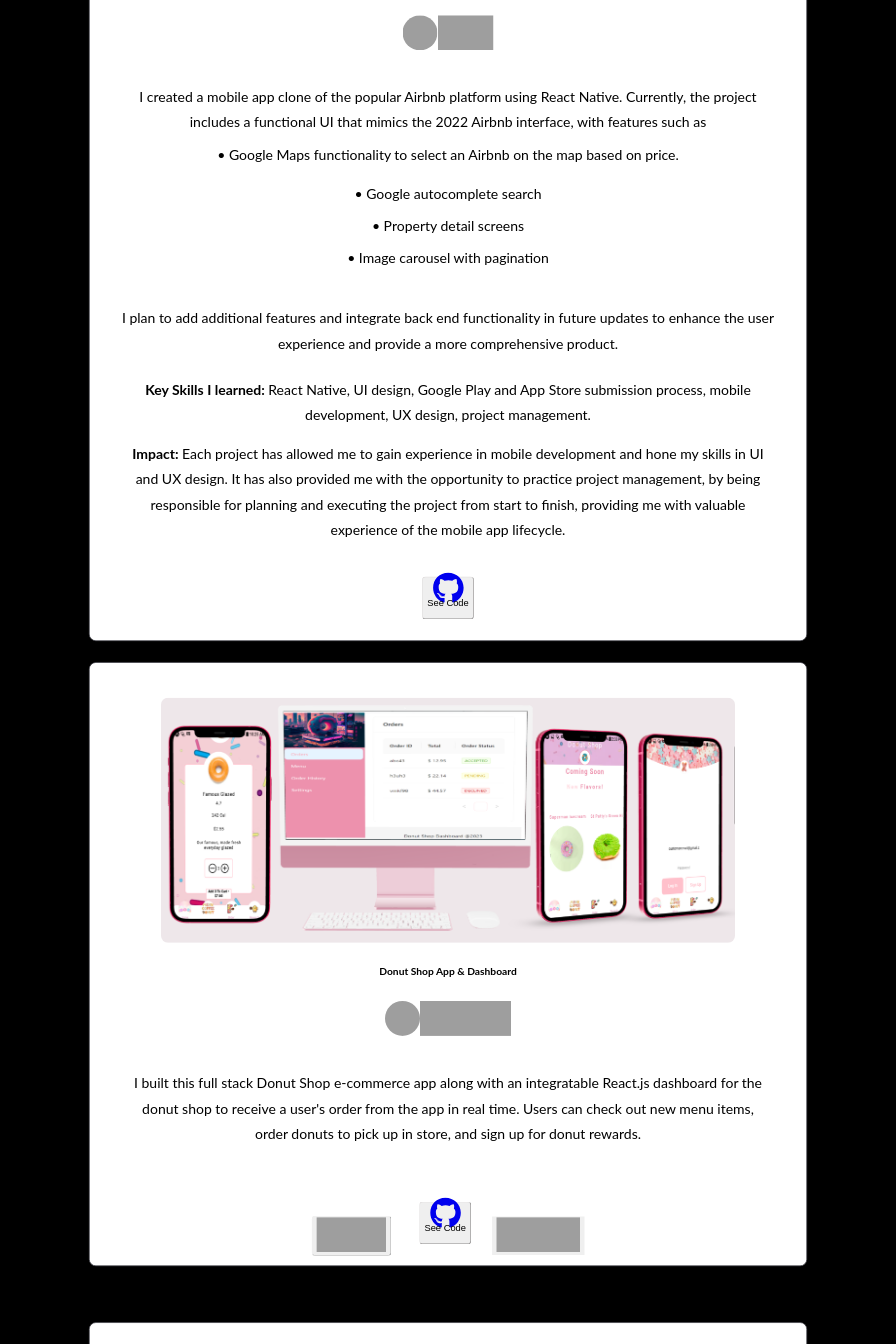
Repository: JamesPesenti/portfolio
Page: /
An editor plug-in stored every save of this project. The page is shown before and after the next save, followed by the edit.
The browser window is 1280 px wide. The pictures show the part of the page from y = 1957 to 3877 px (the page is 6929 px tall), at 70% of full size.
Pictures or frames that could not be fetched are drawn as grey boxes. The project was rebuilt for these pictures with package versions that can differ from the ones it lists, and the page was loaded fresh each time. Imported but missing from the stored project, and not drawn on this page: src/Components/James Pesenti Resume 2023.pdf.

Above is the page before, as saved 2023-05-17 15:17:59.

### public/index.html
<!DOCTYPE html>
<html lang="en">
  <head>
    <meta charset="utf-8" />
    <link rel="" href="" />
    <meta name="viewport" content="width=device-width, initial-scale=1" />
    <meta name="theme-color" content="#000000" />
    <meta name="description" content="James Pesenti Portfolio 2022" />
    <link rel="apple-touch-icon" href="" />
    <link rel="manifest" href="%PUBLIC_URL%/manifest.json" />

    <title>Portfolio 2023</title>

  </head>
  <body>
    <div id="root"></div>
  </body>
</html>

### src/Components/Navbar.jsx
import React, {Component} from 'react'
import { FaGithub } from "react-icons/fa";
import { FaEnvelope } from "react-icons/fa";
import { FaFile } from "react-icons/fa";
import Pdf from "../Components/James Pesenti Resume 2023.pdf"


const Navbar = () => {
  return (
    <>
          <div className="navbar flex">
            <div className="container">
                <nav>
                  <ul style={{textAlign: "center", marginTop: 70, position: 'relative', left: 0, top: -2}}>
                    <li>
                      <a className="App-link"  href="mailto:jamespesenti91@gmail.com" target="_blank" rel="noopener noreferrer">
                      <FaEnvelope size={35} style={{display: "flex", textAlign: "center", marginLeft: 10}}/>
                          Contact
                      </a>
                    </li>
                    <li>
                      <a className="App-link" href="https://github.com/JamesPesenti" target="_blank" rel="noopener noreferrer">
                        <FaGithub size={35} style={{display: "flex", textAlign: "center", marginLeft: 10}} />
                        GitHub
                      </a>
                    </li>
                    <li>
                      <a className="App-link" href={Pdf} target="_blank" rel="noopener noreferrer">
                        <FaFile size={35} style={{display: "flex", textAlign: "center", marginLeft: 10}} />
                        Resume
                      </a>
                    </li>
                  </ul>
                </nav>
                {/* <h4 style={{color: "white", textAlign: 'center', marginBottom:-440}}>
                  See my work below and send a message to get in touch
                </h4> */}
            </div>
          </div>
    </>
  )
}

export default Navbar

### src/Components/AboutMe.jsx
import React from 'react'
import { FontAwesomeIcon } from '@fortawesome/react-fontawesome'
import { FaGithub } from "react-icons/fa";
import { FaMapPin } from "react-icons/fa";

const AboutMe = () => {
  return (
    <>

        <div style={{justifyContent: "center", textAlign: "center", color: "white", padding: 50,}}>
            {/* Spinning image  */}
            {/* <img style={{padding: 10, borderRadius: "50%", width: 200, height: 200,}} src="/images/IMG_1619.jpg" className="App-logo" alt="logo" /> */}
            <img style={{padding: 10, borderRadius: "50%", width: 200, height: 200,}} src="/images/IMG_1619.jpg" alt="logo" />
            <h1>I'm James Pesenti</h1>
            <h2>a Software Developer building mobile apps and websites</h2>
              <FaMapPin size={20} style={{position: "relative", top: 5, right: 65, }} />
              <h3 style={{marginTop: -24}}> Chicago, IL</h3>
        </div>

</>
  )
}

export default AboutMe

### src/Components/Scroll.jsx
import React from 'react'
import '../CSS/App.css';


const Scroll = () => {

  return (
    <>

        <div style={{marginBottom: 400, justifyContnent: 'center'}} id="section09" class="demo">
          <a href="#parallaxContainer">
            <span></span>
            Scroll down to see my work
          </a>
        </div>

    </>
  )
}

export default Scroll

### src/Components/MyProjects.jsx
import UberGoogleButton from "../Components/UberGoogleButton"
import AstonGoogleButton from "./AstonGoogleButton"
import AstonAppleButton from "./AstonAppleButton"
import BarceGoogleButton from "../Components/BarceGoogleButton"
import BarceAppleButton from "./BarceAppleButton"
import { FaGithub } from "react-icons/fa";

const MyProjects = () => {
  return (

  <>
    <div id="parallaxContainer">

    {/* Airbnb Clone */}
    <div style={{ justifyContent: 'center', alignItems: 'center',  width: "80%", borderRadius: 10}} className="box">
            <div>
                <img style={{ borderRadius: 10, marginTop: 50, marginBottom: -35, width: "48%", height: 350, transition: ".7s", }} src="images/mockrocket-capture (11).png" />
            </div>
            <h4 style={{textAlign: 'center'}}>Airbnb Clone App</h4>
                <div style={{flexDirection: "row", padding: 10, borderRadius: 10, marginBottom: -40,}}>
                  <img style={{width: 50, height: 50, borderRadius: 50}} src="https://i.pinimg.com/originals/8a/02/1a/8a021aa097236b42dd71fb731e3d894d.gif"/>
                  <img style={{width: 80, height: 50, }} src="https://www.datocms-assets.com/45470/1631026680-logo-react-native.png"  />
                  {/* <img style={{width: 50, height: 50, }} src="https://pbs.twimg.com/profile_images/1114309924551417856/FKA4cm2x_400x400.png"  /> */}
                </div>
            <p style={{fontSize: 20, textAlign: 'center', padding: 50, marginBottom: -60}}>I created a mobile app clone of the popular Airbnb platform using React Native. Currently, the project includes a functional UI that mimics the 2022 Airbnb interface, with features such as</p>
            <p style={{fontSize: 20, paddingHorizontal: 0}}> &#8226; Google Maps functionality to select an Airbnb on the map based on price.</p>
            <p style={{fontSize: 20, padding: 0, marginBottom: -10}}>&#8226; Google autocomplete search</p>
            <p style={{fontSize: 20, padding: 0, marginBottom: -10}}>&#8226; Property detail screens</p>
            <p style={{fontSize: 20,  padding: 0, marginBottom: -10}}>&#8226; Image carousel with pagination</p>
            <p style={{fontSize: 20, textAlign: 'center', padding: 40, marginBottom: -60}}>I plan to add additional features and integrate back end functionality in future updates to enhance the user experience and provide a more comprehensive product.</p>
            <p style={{fontSize: 20, textAlign: 'center', padding: 30, marginBottom: -80}}><b> Key Skills I learned: </b>React Native, UI design, Google Play and App Store submission process, mobile development, UX design, project management.</p>
            <p style={{fontSize: 20, textAlign: 'center', padding: 50}}><b> Impact: </b> Each project has allowed me to gain experience in mobile development and hone my skills in UI and UX design. It has also provided me with the opportunity to practice project management, by being responsible for planning and executing the project from start to finish, providing me with valuable experience of the mobile app lifecycle.</p>

            <div style={{flexDirection: "row"}}>
                {/* <UberGoogleButton  /> */}
                <button style={{marginTop: 10}} type="button" className="codeButton">
                  <a href="https://github.com/JamesPesenti/Airbnb" target="_blank" rel="noopener noreferrer">
                    <FaGithub  size={45} style={{ marginTop: -80, marginBottom: -25, justifyContent: "center", textAlign: "center"}} />
                  </a>
                  <p>See Code</p>
                </button>
                {/* <AstonAppleButton  /> */}
            </div>

        </div>


     {/* Donut Shop App */}
     <div style={{marginTop: 30, marginBottom: 20, justifyContent: 'center', alignItems: 'center',  width: "80%", borderRadius: 10}} className="box">
            <div>
                <img style={{ borderRadius: 10, marginTop: 50, width: "80%", height: 350, transition: ".7s", }} src="/images/appAndDashMock.png" />
            </div>
            <h4 style={{textAlign: 'center'}}>Donut Shop App & Dashboard</h4>
                <div style={{flexDirection: "row", padding: 10, borderRadius: 10, marginBottom: -40,}}>
                  <img style={{width: 50, height: 50, borderRadius: 50}} src="https://i.pinimg.com/originals/8a/02/1a/8a021aa097236b42dd71fb731e3d894d.gif"/>
                  <img style={{width: 80, height: 50, }} src="https://www.datocms-assets.com/45470/1631026680-logo-react-native.png"  />
                  <img style={{width: 50, height: 50, }} src="https://pbs.twimg.com/profile_images/1114309924551417856/FKA4cm2x_400x400.png"  />
                </div>
            <p style={{fontSize: 20,textAlign: 'center', padding: 50}}>I built this full stack Donut Shop e-commerce app along with an integratable React.js dashboard for the donut shop to receive a user's order from the app in real time. Users can check out new menu items, order donuts to pick up in store, and sign up for donut rewards.</p>

            <div style={{flexDirection: "row"}}>
                <UberGoogleButton  />
                <button style={{marginTop: 40}} type="button" className="codeButton">
                  <a href="https://github.com/JamesPesenti/Donut_Shop" target="_blank" rel="noopener noreferrer">
                    <FaGithub  size={45} style={{ marginTop: -80, marginBottom: -25, justifyContent: "center", textAlign: "center"}} />
                  </a>
                  <p>See Code</p>
                </button>
                <AstonAppleButton  />
            </div>

        </div>


    {/* Uber Eats App */}
    <div style={{marginTop: 80, marginBottom: 60, justifyContent: 'center', alignItems: 'center',  width: "80%", borderRadius: 10}} className="box">
            <div className="imgWrapper" style={{width: 480, height: 350}}>
                <img style={{ borderRadius: 5, marginTop: 50, width: "100%", height: 300, transition: ".7s", }} src="/images/UberEatsLast.png" />
            </div>
            <h4 style={{textAlign: 'center'}}>Uber Eats Clone App</h4>
                <div style={{flexDirection: "row", padding: 10, borderRadius: 10, marginBottom: -40,}}>
                  <img style={{width: 50, height: 50, borderRadius: 50}} src="https://i.pinimg.com/originals/8a/02/1a/8a021aa097236b42dd71fb731e3d894d.gif"/>
                  <img style={{width: 80, height: 50, }} src="https://www.datocms-assets.com/45470/1631026680-logo-react-native.png"  />
                  <img style={{width: 50, height: 50, }} src="https://pbs.twimg.com/profile_images/1114309924551417856/FKA4cm2x_400x400.png" />
                </div>
            <p style={{fontSize: 20,textAlign: 'center', padding: 50}}>A full stack React Native app inspired by the UberEats user app. I utilized AWS Amplify's datastore to configure the back end to query and save customer's orders and used Amazon Cognito for user registration, authentication, & account recovery.</p>

            <div style={{flexDirection: "row"}}>
                <UberGoogleButton  />
                <button style={{marginTop: 40}} type="button" className="codeButton">
                  <a href="https://github.com/JamesPesenti/UberEatsClone" target="_blank" rel="noopener noreferrer">
                    <FaGithub  size={45} style={{ marginTop: -80, marginBottom: -20, justifyContent: "center", textAlign: "center"}} />
                  </a>
                  <p>See Code</p>
                </button>
                <AstonAppleButton  />
            </div>

        </div>


     {/* Aston Waikiki App */}
       <div style={{marginTop: 80, marginBottom: 120, justifyContent: 'center', alignItems: 'center',  width: "80%", borderRadius: 10}} className="box">
            <div className="imgWrapper" style={{width: 450, height: 350}}>
                <img style={{ marginTop: 50, width: "100%", height: "auto", transition: ".7s", }} src="/images/astonmock.png" />
            </div>
            <h4 style={{textAlign: 'center'}}>Aston Waikiki Hotel UI</h4>
                <div style={{flexDirection: "row", padding: 10, borderRadius: 10, marginBottom: -40,}}>
                  <img style={{width: 50, height: 50, borderRadius: 50}} src="https://i.pinimg.com/originals/8a/02/1a/8a021aa097236b42dd71fb731e3d894d.gif"/>
                  <img style={{width: 80, height: 50, }} src="https://www.datocms-assets.com/45470/1631026680-logo-react-native.png"  />
                </div>
            <p style={{fontSize: 20,textAlign: 'center', padding: 50}}>A React Native UI design I created to reimagine the hotel Aston Waikiki Beach's website into a cross platform mobile app. I used most of the content and images from the current website and utilized both Bottom Tabs, Drawer navigation and other React Native libraries for a better user experience.</p>

            <div style={{flexDirection: "row"}}>
                <AstonGoogleButton  />
                <button style={{marginTop: 40}} type="button" className="codeButton">
                        <a href="https://github.com/JamesPesenti/AstonWaikikiBeachApp" target="_blank" rel="noopener noreferrer">
                            <FaGithub  size={45} style={{ marginTop: -80, marginBottom: -20, justifyContent: "center", textAlign: "center"}} />
                        </a>
                        <p>See Code</p>
                </button>
                <AstonAppleButton  />
            </div>

        </div>


    {/* Barcelona App */}
       <div style={{marginTop: 20, marginBottom: 120, justifyContent: 'center', alignItems: 'center',  width: "80%", borderRadius: 10}} className="box">
            <div className="imgWrapper" style={{width: 650, height: 300}}>
                <img style={{ marginTop: 30, width: "100%", height: 250, transition: ".7s", }} src="/images/barcelonamockup.png" />
            </div>
            <h4 style={{textAlign: 'center'}}>Barcelona Tourist App</h4>
                <div style={{flexDirection: "row", padding: 10, borderRadius: 10, marginBottom: -20,}}>
                <img style={{width: 80, height: 50,}} src="https://www.datocms-assets.com/45470/1631026680-logo-react-native.png"  />
                <img style={{width: 50, height: 50, borderRadius: 50}} src="https://i.pinimg.com/originals/8a/02/1a/8a021aa097236b42dd71fb731e3d894d.gif"/>
                </div>
            <p style={{fontSize: 20, textAlign: 'center', padding: 50}}>I created this React Native app for visitors of Barcelona Spain to save pictures and locations of their favorite places. I used pop-up modals for users to quickly get information on popular sights and used geolocation with google maps so users can save their location and select it on the map.</p>

            <div style={{flexDirection: "row"}}>
               <BarceAppleButton  />
                <button style={{marginTop: 40}} type="button" className="codeButton">
                        <a href="https://github.com/JamesPesenti/BarcelonaApp" target="_blank" rel="noopener noreferrer">
                            <FaGithub  size={45} style={{ marginTop: -80, marginBottom: -20, justifyContent: "center", textAlign: "center"}} />
                        </a>
                        <p>See Code</p>
                </button>
                <BarceGoogleButton  />
            </div>

        </div>

    {/* IAR React App */}
        {/* <div style={{marginBottom: 0, justifyContent: 'center', alignItems: 'center',  width: "80%", borderRadius: 10}} className="box">
            <img style={{ width: 600, height: 350, borderRadius: 10, borderWidth: 2, borderColor: "green"}} src="/images/innermock.png" />
            <h4 style={{textAlign: 'center'}}>Inner Aura Readings Website</h4>
            <div style={{flexDirection: "row", padding: 10, borderRadius: 10}}>
                <img src="https://www.logo.wine/a/logo/React_(web_framework)/React_(web_framework)-Logo.wine.svg" style={{width: 100, height: 50,}} />
                <img className="logoBox" src="https://cdn.pixabay.com/photo/2017/08/05/11/16/logo-2582747_1280.png" style={{width: 50, height: 50,}} />
            </div>
            <p style={{fontSize: 20, textAlign: 'center', padding: 50}}>This was the first official React.js web app that I developed. I made it for a friend who wanted to reach more customers with a mobile friendly website. I made multiple iterations and converted it into a PWA for offline operability with native like performance. </p>
            <button style={{marginTop: 0}} type="button" className="codeButton">
                        <a href="https://github.com/JamesPesenti/InnerAuraReadings2022" target="_blank" rel="noopener noreferrer">
                            <FaGithub  size={45} style={{ marginTop: -80, marginBottom: -20, justifyContent: "center", textAlign: "center"}} />
                        </a>
                        <p>See Code</p>
            </button>

        </div> */}


{/* REapp */}
        {/* <div style={{marginBottom: 100, justifyContent: 'center', alignItems: 'center',  width: "80%", borderRadius: 10,}} className="box">
        <img style={{marginTop: 50, width: 800, height: 350, borderRadius: 10, borderWidth: 2, borderColor: "green"}} src="/images/remockup.png" />
            <h4 style={{textAlign: 'center'}}>Real Estate Listing Website </h4>
            <div style={{flexDirection: "row", padding: 10, borderRadius: 10}}>
                <img src="https://www.logo.wine/a/logo/React_(web_framework)/React_(web_framework)-Logo.wine.svg" style={{width: 100, height: 50,}} />
                <img src="https://img.icons8.com/color/480/cloud-firestore.png" style={{width: 50, height: 50,}} />
                <img src="https://raw.githubusercontent.com/JamesPesenti/RealEstateApp/16b046b3d34b4a26468627e906dc503be8911b73/src/assets/svg/googleIcon.svg" style={{marginBottom: 8, width: 100, height: 30,}} />
            </div>
            <p style={{fontSize: 20, textAlign: 'center', padding: 50}}>Real Estate listing website built with React, FireStore database and Google OAuth to sign in with a google account. You can search listings for rent/sale and login to your account to create a listing and save offers. Inspiration and back-end code taken from Brad Traversey's React course I took on Udemy.</p>
            <button style={{marginTop: 40}} type="button" className="codeButton">
                        <a href="https://github.com/JamesPesenti/RealEstateApp" target="_blank" rel="noopener noreferrer">
                            <FaGithub  size={45} style={{ marginTop: -80, marginBottom: -20, justifyContent: "center", textAlign: "center"}} />
                        </a>
                        <p>See Code</p>
            </button>
        </div> */}

    </div>


    </>
  )
}

export default MyProjects

### src/Components/UberGoogleButton.jsx
import React from 'react'


const UberGoogleButton = () => {
  return (
    <>
    <button type="button" style={{marginRight: 40, borderWidth: .1, borderColor: '#efefef', borderRadius: 5}}>
        <a href="https://expo.dev/accounts/jimpesenti/projects/UberEats/builds/b9dfcb73-dd37-4009-b5f9-7d24a72b937d">
            <img style={{width: 100, height: 50, borderRadius: 0}} src="https://logos-world.net/wp-content/uploads/2020/12/Google-Play-Logo-500x281.png"/>
        </a>
    </button>
    </>
  )
}

export default UberGoogleButton

### src/Components/AstonGoogleButton.jsx
import React from 'react'


const AstonGoogleButton = () => {
  return (
    <>
    <button type="button" style={{marginRight: 40, borderWidth: .1, borderColor: '#efefef', borderRadius: 5}}>
        <a href="https://play.google.com/store/apps/details?id=com.jamespesenti91.astonwaikikibeach">
            <img style={{width: 100, height: 50, borderRadius: 0}} src="https://logos-world.net/wp-content/uploads/2020/12/Google-Play-Logo-500x281.png"/>
        </a>
    </button>
    </>
  )
}

export default AstonGoogleButton

### src/Components/AstonAppleButton.jsx
import React from 'react'

const AstonAppleButton = () => {
  return (
    <>
    <button type="submit" style={{marginLeft: 30, borderWidth: 0,}}  >
        <a href="">
            <img style={{width: 120, height: 50, borderRadius: 0}} src="https://images.squarespace-cdn.com/content/v1/5b549a7f3c3a53487c250f58/1597439116255-P7ME5MNOIWQLJS1X4CPP/Apple+App+Store+Logo+Button.png"/>
        </a>
    </button>
    </>
  )
}

export default AstonAppleButton

### src/Components/BarceGoogleButton.jsx
import React from 'react'


const BarceGoogleButton = () => {
  return (
    <>
    <button type="button" style={{marginLeft: 30, borderWidth: .1, borderColor: '#efefef', borderRadius: 5}}>
        <a href="https://play.google.com/store/apps/details?id=com.jamespesenti91.VisitBarcelona">
            <img style={{width: 100, height: 50, borderRadius: 0}} src="https://logos-world.net/wp-content/uploads/2020/12/Google-Play-Logo-500x281.png" alt="barceButton"/>
        </a>
    </button>
    </>
  )
}

export default BarceGoogleButton

### src/Components/BarceAppleButton.jsx
import React from 'react'

const BarceAppleButton = () => {
  return (
    <>
    <button type="submit" style={{marginRight: 30, borderWidth: 0,}}  >
        <a href="">
            <img style={{width: 120, height: 50, borderRadius: 0}} src="https://images.squarespace-cdn.com/content/v1/5b549a7f3c3a53487c250f58/1597439116255-P7ME5MNOIWQLJS1X4CPP/Apple+App+Store+Logo+Button.png"/>
        </a>
    </button>
    </>
  )
}

export default BarceAppleButton

Loaded but not shown: src/index.js (common file); src/reportWebVitals.js (common file); src/serviceWorkerRegistration.js (137 lines, source omitted); src/App.js (33 lines, source omitted); src/CSS/App.css (351 lines, source omitted); src/CSS/index.css (197 lines, source omitted)

After the next save:
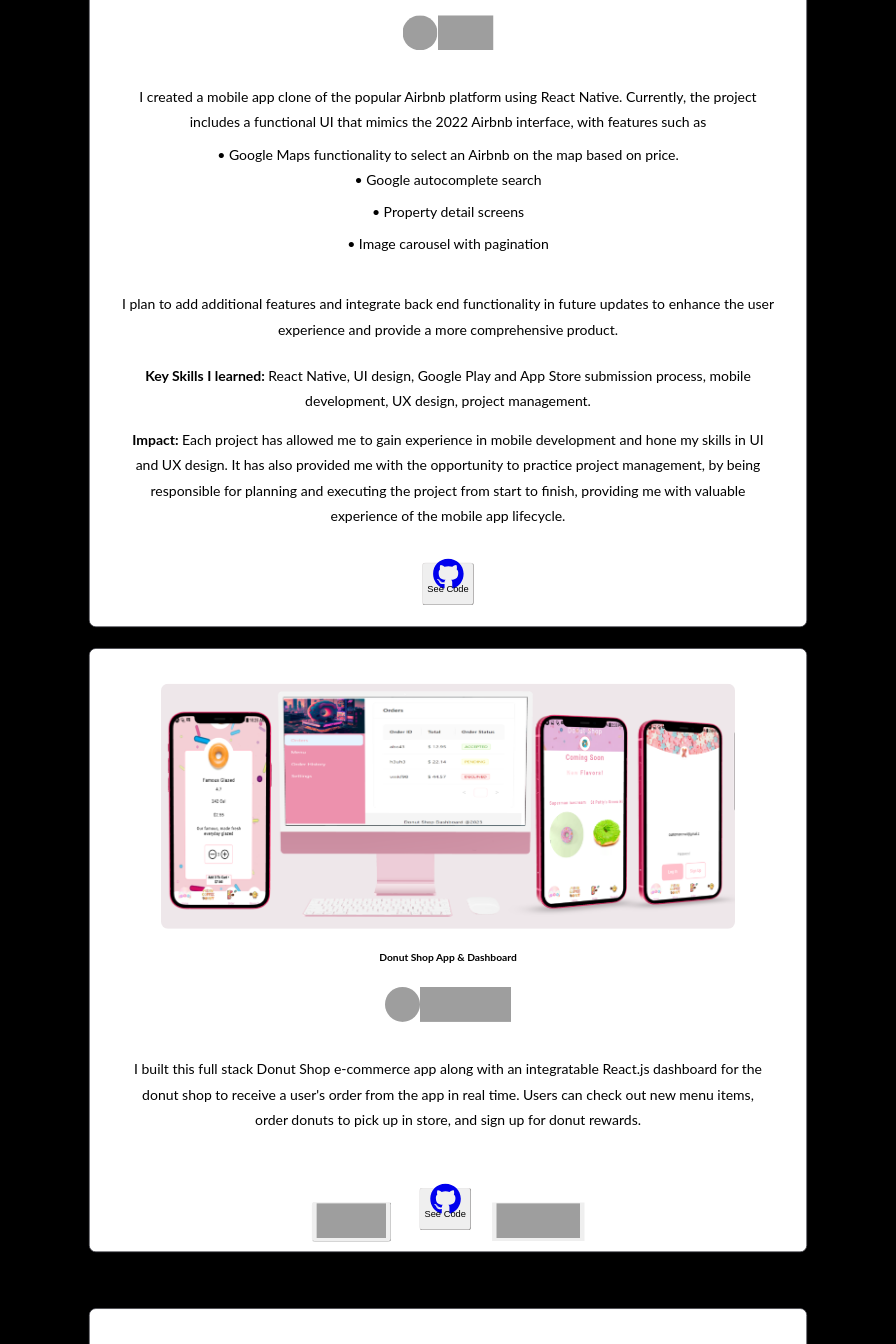
Saved 25 s later.
--- a/src/Components/MyProjects.jsx
+++ b/src/Components/MyProjects.jsx
@@ -23,7 +23,7 @@
                   {/* <img style={{width: 50, height: 50, }} src="https://pbs.twimg.com/profile_images/1114309924551417856/FKA4cm2x_400x400.png"  /> */}
                 </div>
             <p style={{fontSize: 20, textAlign: 'center', padding: 50, marginBottom: -60}}>I created a mobile app clone of the popular Airbnb platform using React Native. Currently, the project includes a functional UI that mimics the 2022 Airbnb interface, with features such as</p>
-            <p style={{fontSize: 20, paddingHorizontal: 0}}> &#8226; Google Maps functionality to select an Airbnb on the map based on price.</p>
+            <p style={{fontSize: 20, paddingHorizontal: 0, marginBottom: -20}}> &#8226; Google Maps functionality to select an Airbnb on the map based on price.</p>
             <p style={{fontSize: 20, padding: 0, marginBottom: -10}}>&#8226; Google autocomplete search</p>
             <p style={{fontSize: 20, padding: 0, marginBottom: -10}}>&#8226; Property detail screens</p>
             <p style={{fontSize: 20,  padding: 0, marginBottom: -10}}>&#8226; Image carousel with pagination</p>
